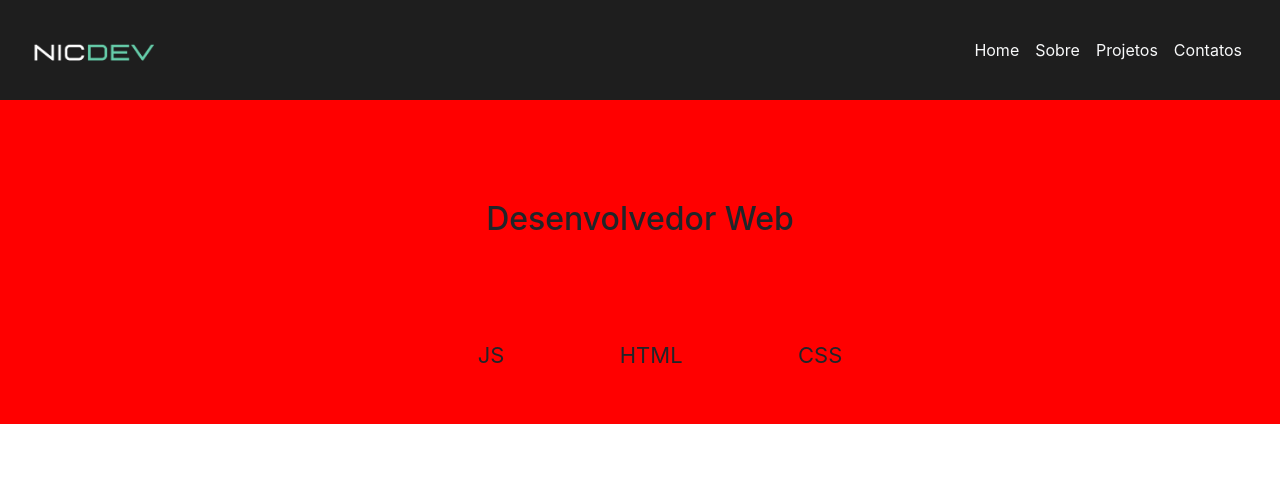
Repository: Leonngc/nicdev
Page: index.html
The author's editor kept a copy of each file at every save. The page is drawn from the files as they stood at one save, then again after the next save.
The browser window is 1280 px wide. The pictures show the whole page.

Above is the page before, as saved 2023-04-12 23:31:19.

### index.html
<!DOCTYPE html>
<html lang="pt-br">
  <head>
    <meta charset="UTF-8" />
    <meta http-equiv="X-UA-Compatible" content="IE=edge" />
    <meta name="viewport" content="width=device-width, initial-scale=1.0" />
    <link rel="stylesheet" href="https://stackpath.bootstrapcdn.com/bootstrap/4.1.3/css/bootstrap.min.css" integrity="sha384-MCw98/SFnGE8fJT3GXwEOngsV7Zt27NXFoaoApmYm81iuXoPkFOJwJ8ERdknLPMO" crossorigin="anonymous">
    <link rel="stylesheet" href="styles/gradiente.css">
    <title>nicdev</title>
  </head>
  <body>

    <header>
      <nav class="navbar navbar-expand-lg navbar-dark" style="background-color: #1E1E1E; padding: 30px;">
        <a class="navbar-brand" href="#"><img src="images/nicdev-logo.png" alt="" style="width: 130px;"></a>
        <button class="navbar-toggler" type="button" data-toggle="collapse" data-target="#navbarNav" aria-controls="navbarNav" aria-expanded="false" aria-label="Alterna navegação">
          <span class="navbar-toggler-icon"></span>
        </button>
        <div class="collapse navbar-collapse justify-content-end" id="navbarNav">
          <ul class="navbar-nav" >
            <li class="nav-item active">
              <a class="nav-link text-light" href="#">Home <span class="sr-only">(Página atual)</span></a>
            </li>
            <li class="nav-item">
              <a class="nav-link text-light" href="#">Sobre</a>
            </li>
            <li class="nav-item ">
              <a class="nav-link text-light" href="#">Projetos</a>
            </li>
            <li class="nav-item">
              <a class="nav-link text-light" href="#">Contatos</a>
            </li>
          </ul>
        </div>
      </nav>
    </header>

    <div class="contain">
      <h2>Desenvolvedor Web</h2>
      <ul>
        <li>JS</li>
        <li>HTML</li>
        <li>CSS</li>
      </ul>
      <img src="" alt="">
    </div>

    <script src="https://code.jquery.com/jquery-3.3.1.slim.min.js" integrity="sha384-q8i/X+965DzO0rT7abK41JStQIAqVgRVzpbzo5smXKp4YfRvH+8abtTE1Pi6jizo" crossorigin="anonymous"></script>
    <script src="https://cdnjs.cloudflare.com/ajax/libs/popper.js/1.14.3/umd/popper.min.js" integrity="sha384-ZMP7rVo3mIykV+2+9J3UJ46jBk0WLaUAdn689aCwoqbBJiSnjAK/l8WvCWPIPm49" crossorigin="anonymous"></script>
    <script src="https://stackpath.bootstrapcdn.com/bootstrap/4.1.3/js/bootstrap.min.js" integrity="sha384-ChfqqxuZUCnJSK3+MXmPNIyE6ZbWh2IMqE241rYiqJxyMiZ6OW/JmZQ5stwEULTy" crossorigin="anonymous"></script>
  </body>
</html>

### styles/gradiente.css

.contain{
    margin: auto;
    width: 100vw;
    height: 45vh;
   background-color: red;
   justify-content: center;
   text-align: center;
   padding-top: 100px;
}



.contain > ul{
    list-style: none;
    display: flex;
    justify-content: space-around;
    margin-left: 380px;
    margin-right: 380px;
    margin-top: 100px;
}

.contain > ul > li{

     font-size: 22px;

}

After the next save:
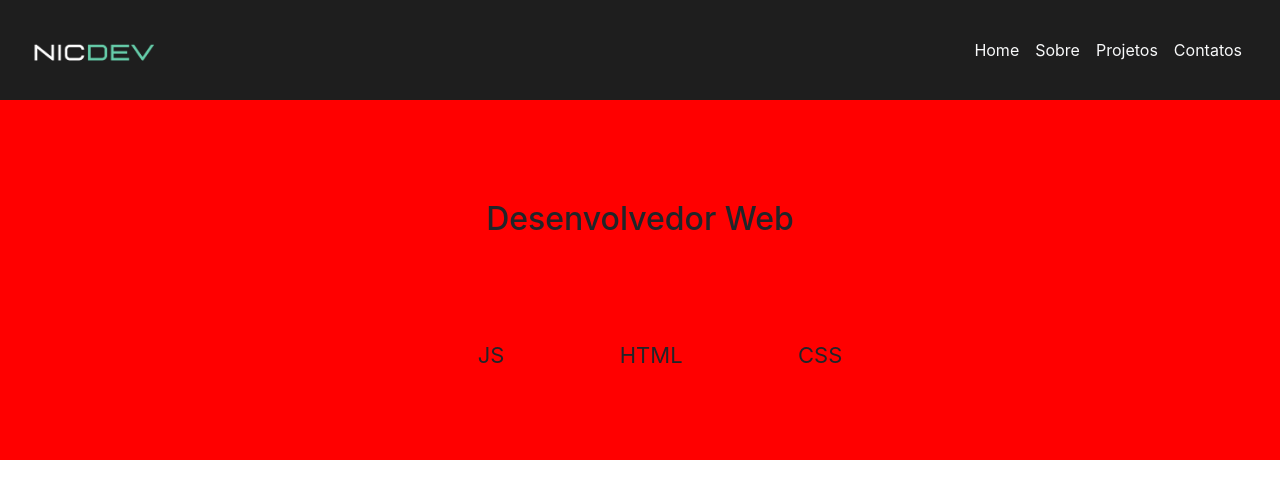
Saved 5 s later.
--- a/styles/gradiente.css
+++ b/styles/gradiente.css
@@ -2,7 +2,7 @@
 .contain{
     margin: auto;
     width: 100vw;
-    height: 45vh;
+    height: 50vh;
    background-color: red;
    justify-content: center;
    text-align: center;
